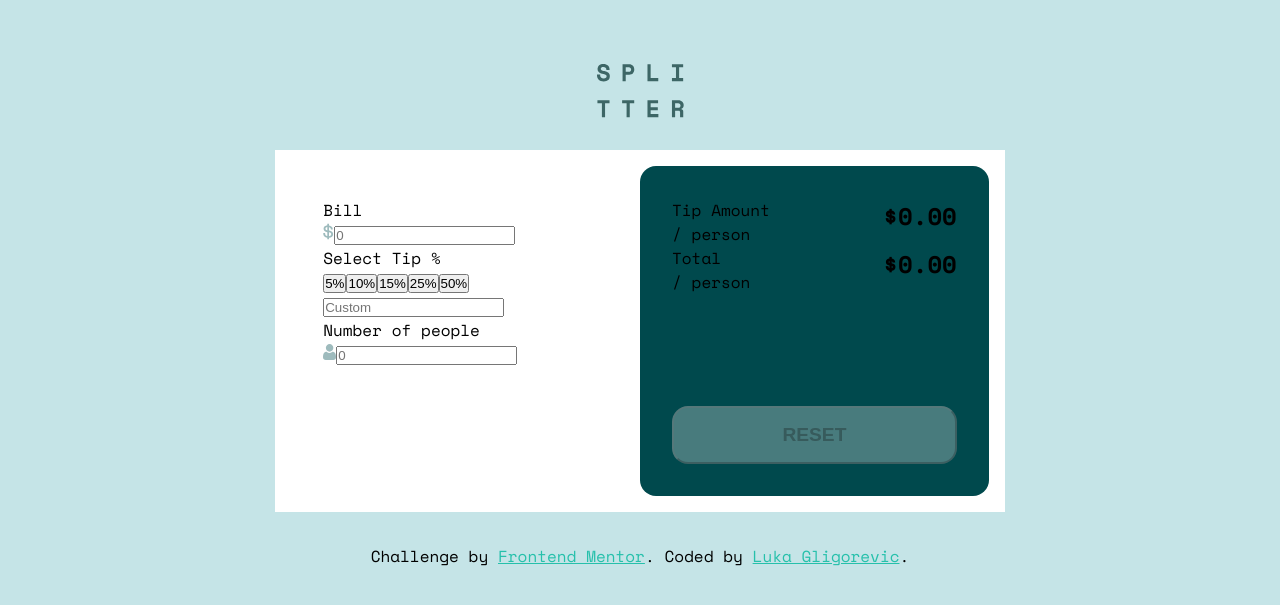
Repository: gligor99/tip-fmentor
Page: /
The author's editor kept a copy of each file at every save. The page is drawn from the files as they stood at one save, then again after the next save.
The browser window is 1280 px wide. The pictures show the whole page.
The project was rebuilt for these pictures with package versions that can differ from the ones it lists, and the page was loaded fresh each time.

Above is the page before, as saved 2021-11-27 17:54:34.

After the next save:
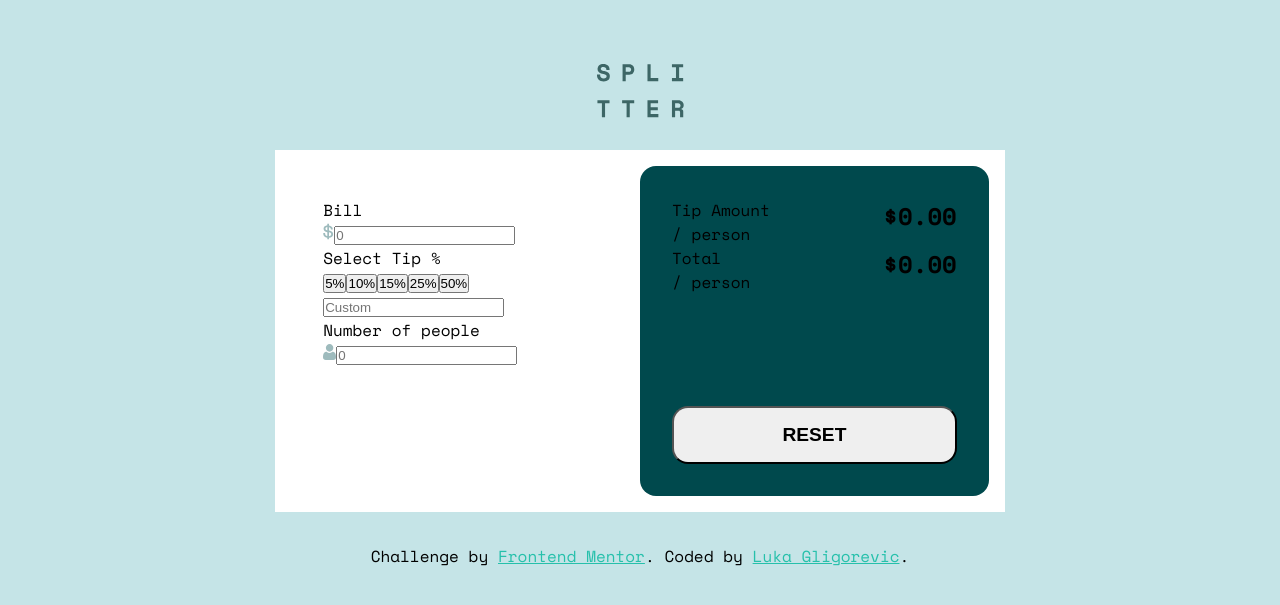
Saved 16 s later.
--- a/src/components/Tipper.tsx
+++ b/src/components/Tipper.tsx
@@ -61,7 +61,7 @@ const Tipper = () => {
               <h1 id="total-result">$0.00</h1>
             </div>
           </div>
-          <button className="reset-btn" type="reset" disabled>
+          <button className="reset-btn" type="reset" >
             RESET
           </button>
         </div>
